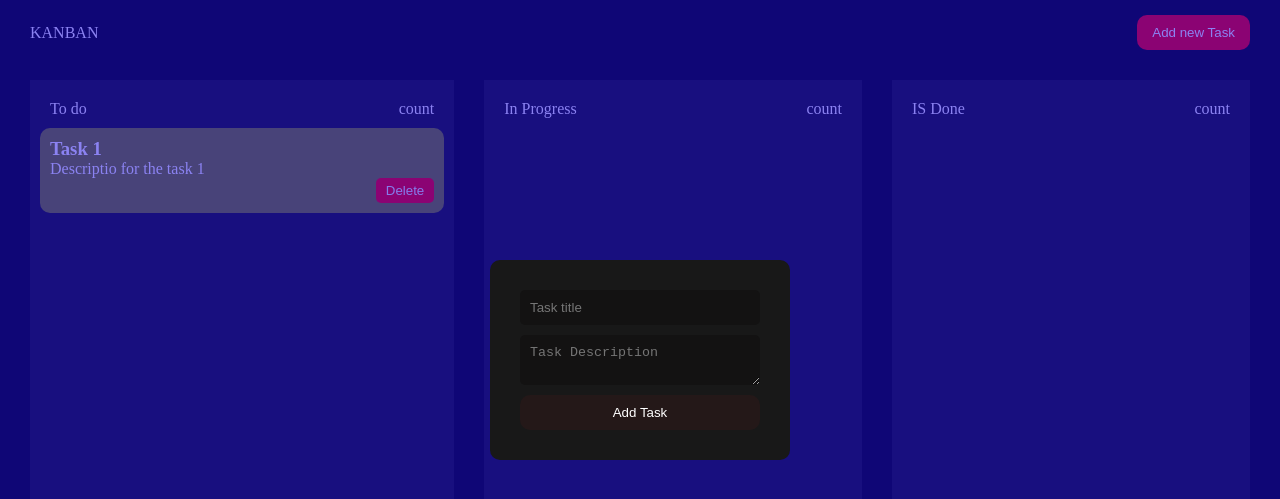
Repository: Sandeepji-5/Kanban-board
Page: index.html
An editor plug-in stored every save of this project. The page is shown before and after the next save, followed by the edit.
The browser window is 1280 px wide. The pictures show the whole page.

Above is the page before, as saved 2025-12-09 15:26:36.

After the next save:
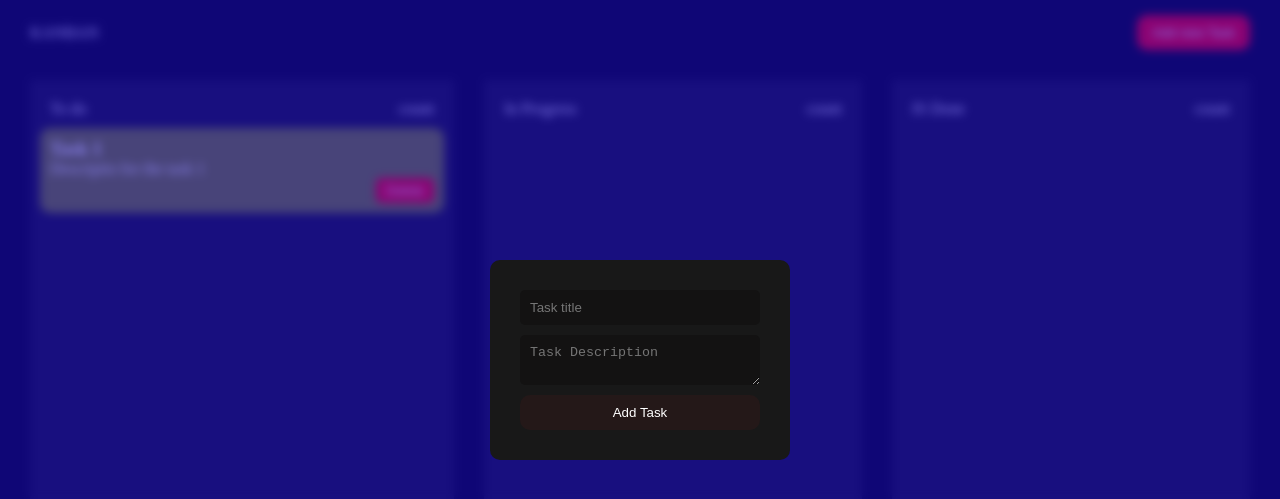
Saved 53 s later.
--- a/style.css
+++ b/style.css
@@ -160,6 +160,7 @@ section .task-column .task button{
     display: flex;
     align-items: center;
     justify-content: center;
+    backdrop-filter: blur(5px );
 }
 
 .modal .center{
